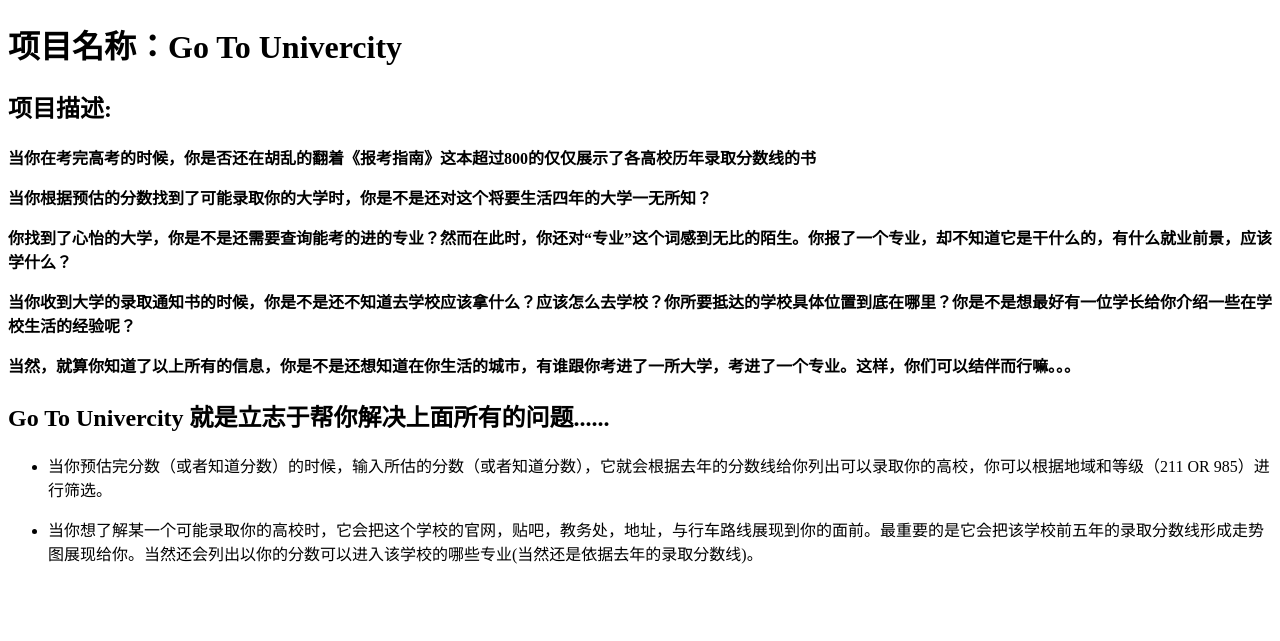
Repository: SUT-GC/GoToUnivercity
Page: http://localhost/GoToUniversity/ideasource/idea.jsp
These files come from the project's save history. The page is drawn as it stood at one moment and after a run of saves; the edit follows.
The browser window is 1280 px wide. The pictures show the whole page.
The page is served by Tomcat 9. Nobody is signed in. The application's start-up code is not run.

Above is the page before, as saved 2015-11-16 11:09:29.

### GoToUniversity/WebContent/ideasource/idea.jsp
<%@ page language="java" contentType="text/html; charset=UTF-8"
    pageEncoding="UTF-8"%>
<!DOCTYPE html PUBLIC "-//W3C//DTD HTML 4.01 Transitional//EN" "http://www.w3.org/TR/html4/loose.dtd">
<html>
<head>
<meta http-equiv="Content-Type" content="text/html; charset=UTF-8">
<title>Idea Source</title>
</head>
<body>
	<div class="content">
		<div class="content_head">
			<h1>项目名称：Go To Univercity</h1>
		</div>
		<div class="content_body">
			<div class="content_body_description">
				<h2>项目描述:</h2>
				<h4>
					<p>当你在考完高考的时候，你是否还在胡乱的翻着《报考指南》这本超过800的仅仅展示了各高校历年录取分数线的书</p>
					<p>当你根据预估的分数找到了可能录取你的大学时，你是不是还对这个将要生活四年的大学一无所知？</p>
					<p>你找到了心怡的大学，你是不是还需要查询能考的进的专业？然而在此时，你还对“专业”这个词感到无比的陌生。你报了一个专业，却不知道它是干什么的，有什么就业前景，应该学什么？</p>
					<p>当你收到大学的录取通知书的时候，你是不是还不知道去学校应该拿什么？应该怎么去学校？你所要抵达的学校具体位置到底在哪里？你是不是想最好有一位学长给你介绍一些在学校生活的经验呢？</p>
					<p>当然，就算你知道了以上所有的信息，你是不是还想知道在你生活的城市，有谁跟你考进了一所大学，考进了一个专业。这样，你们可以结伴而行嘛。。。</p>
				</h4>
			</div>
			<div class="content_body_content">
				<h2>Go To Univercity 就是立志于帮你解决上面所有的问题......</h2>
				<ul>
					<li><p>当你预估完分数（或者知道分数）的时候，输入所估的分数（或者知道分数），它就会根据去年的分数线给你列出可以录取你的高校，你可以根据地域和等级（211 OR 985）进行筛选。</p></li>
					<li><p>当你想了解某一个可能录取你的高校时，它会把这个学校的官网，贴吧，教务处，地址，与行车路线展现到你的面前。最重要的是它会把该学校前五年的录取分数线形成走势图展现给你。当然还会列出以你的分数可以进入该学校的哪些专业(当然还是依据去年的录取分数线)。</p></li>


				</ul>
			</div>
		</div>
	</div>
</body>
</html>

After the next 2 saves:
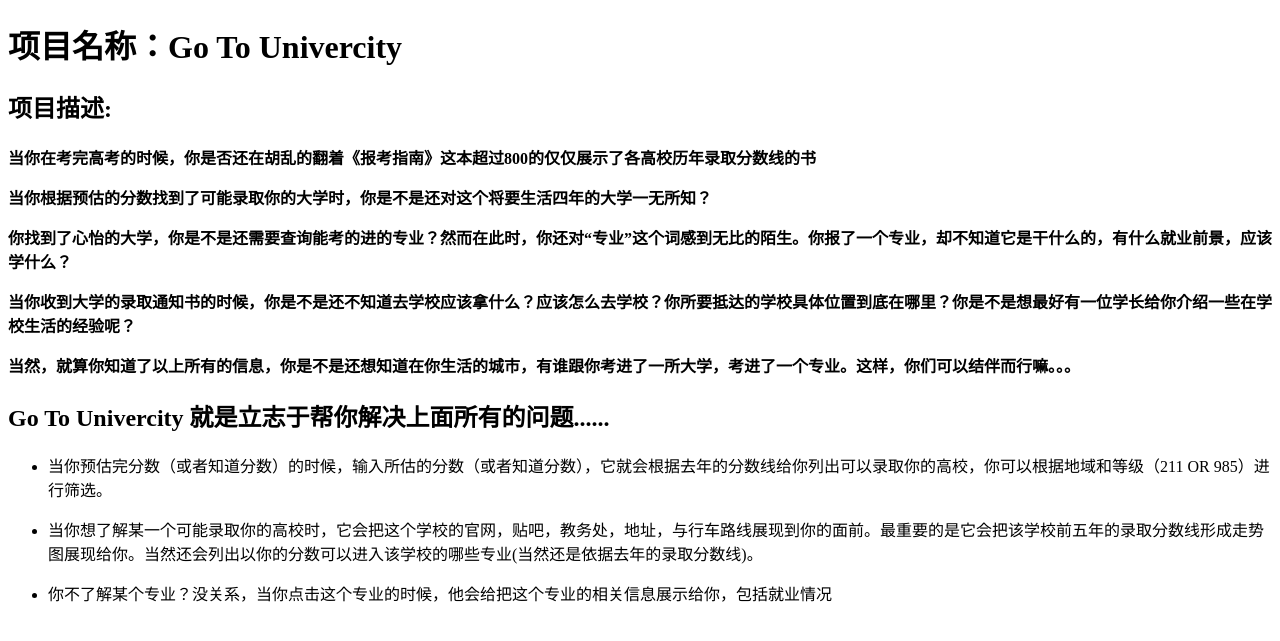
The 2 saves are shown as one change because they came seconds apart.
The last was saved 57 s later.
--- a/GoToUniversity/WebContent/ideasource/idea.jsp
+++ b/GoToUniversity/WebContent/ideasource/idea.jsp
@@ -27,6 +27,8 @@
 				<ul>
 					<li><p>当你预估完分数（或者知道分数）的时候，输入所估的分数（或者知道分数），它就会根据去年的分数线给你列出可以录取你的高校，你可以根据地域和等级（211 OR 985）进行筛选。</p></li>
 					<li><p>当你想了解某一个可能录取你的高校时，它会把这个学校的官网，贴吧，教务处，地址，与行车路线展现到你的面前。最重要的是它会把该学校前五年的录取分数线形成走势图展现给你。当然还会列出以你的分数可以进入该学校的哪些专业(当然还是依据去年的录取分数线)。</p></li>
+					<li><p>你不了解某个专业？没关系，当你点击这个专业的时候，他会给把这个专业的相关信息展示给你，包括就业情况</p></li>
+
 
 
 				</ul>
